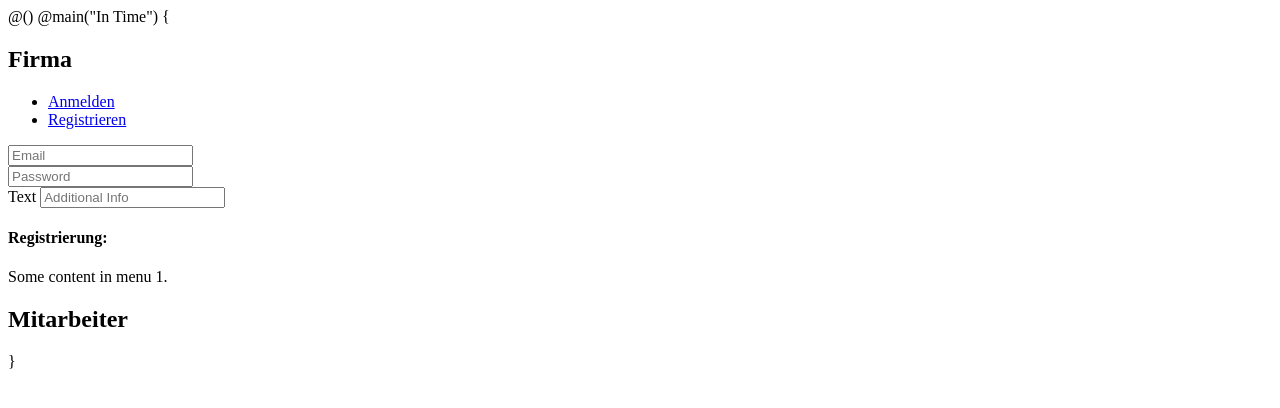
Repository: Avinukas/InTime
Page: intime/app/views/index.scala.html
The author's editor kept a copy of each file at every save. The page is drawn from the files as they stood at one save, then again after the next save.
The browser window is 1280 px wide. The pictures show the whole page.

Above is the page before, as saved 2018-05-17 08:06:13.

After the next save:
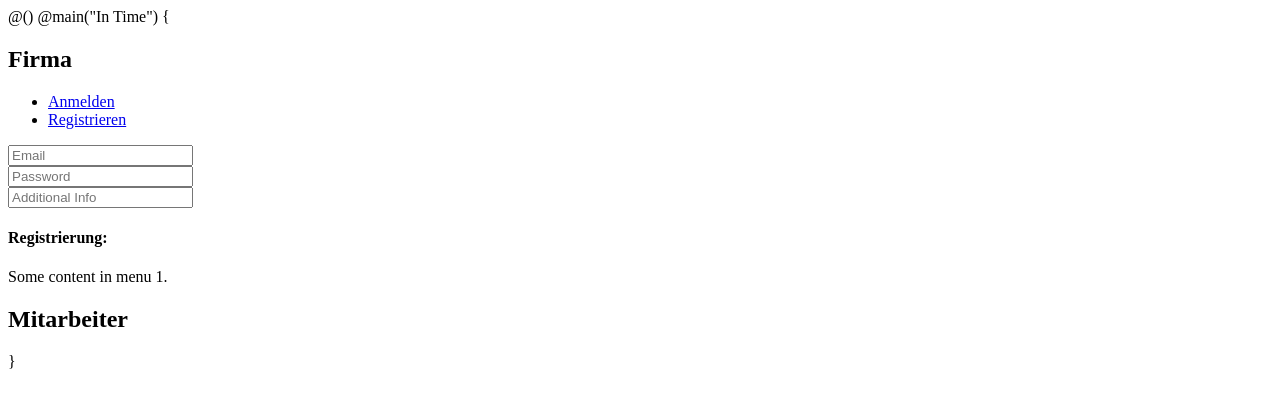
Saved 78 s later.
--- a/intime/app/views/index.scala.html
+++ b/intime/app/views/index.scala.html
@@ -11,18 +11,16 @@
 			<div id="firmaAnmelden" class="tab-pane fade in active">
 				<form>
 					<div class="input-group">
-						<span class="input-group-addon"><i
-							class="glyphicon glyphicon-user"></i></span> <input id="email"
+						<input id="email"
 							type="text" class="form-control" name="email" placeholder="Email">
 					</div>
 					<div class="input-group">
-						<span class="input-group-addon"><i
-							class="glyphicon glyphicon-lock"></i></span> <input id="password"
+						<input id="password"
 							type="password" class="form-control" name="password"
 							placeholder="Password">
 					</div>
 					<div class="input-group">
-						<span class="input-group-addon">Text</span> <input id="msg"
+						<input id="msg"
 							type="text" class="form-control" name="msg"
 							placeholder="Additional Info">
 					</div>
